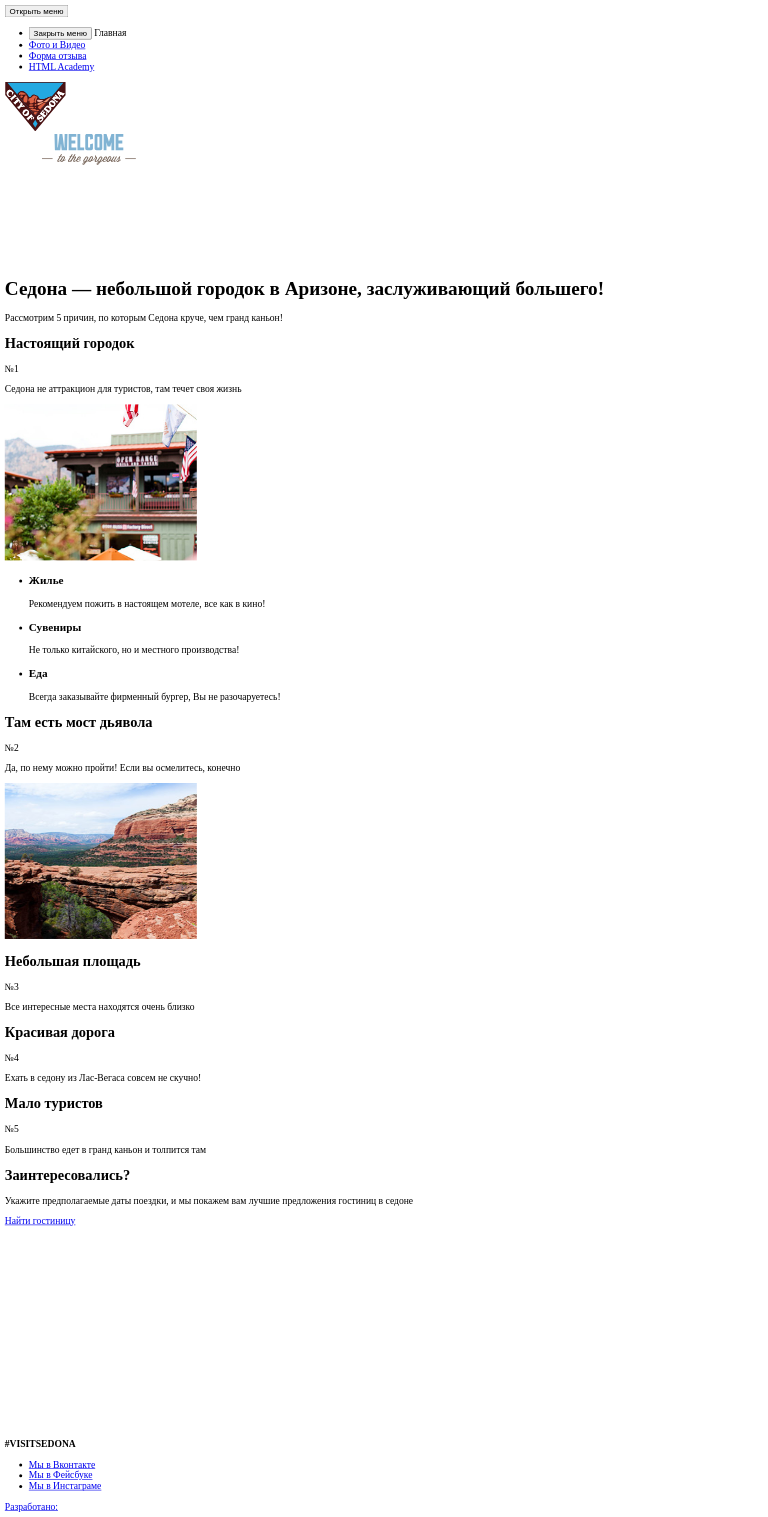
Repository: igorkrs/1076625-sedona-17
Page: source/index.html
An editor plug-in stored every save of this project. The page is shown before and after the next save, followed by the edit.
The browser window is 1280 px wide. The pictures show the whole page, at 60% of full size.
Pictures or frames that could not be fetched are drawn as grey boxes.

Above is the page before, as saved 2019-07-29 19:04:37.

### source/index.html
<!DOCTYPE html>
<html lang="ru">

<head>
  <meta charset="utf-8">
  <title>HTML Academy: Седона</title>
  <link rel="shortcut icon" href="img/favicon.png" type="image/x-icon">
</head>

<body>
  <header class="page-header">
    <nav class="main-nav">
      <button class="main-nav__toggle" type="button">Открыть меню</button>
      <div class="main-nav__wrapper">
        <ul class="main-nav__list site-list">
          <li class="site-list__item site-list__item--active">
            <button class="main-nav__close" type="button">Закрыть меню</button>
            <a>Главная</a>
          </li>
          <li class="site-list__item">
            <a href="photo.html">Фото и Видео</a>
          </li>
          <li class="site-list__item">
            <a href="form.html">Форма отзыва</a>
          </li>
          <li class="site-list__item">
            <a href="#">HTML Academy</a>
          </li>
        </ul>
        <a class="page-header__logo">
          <img src="img/logo-sedona-mobile.svg" width="102px" height="83px" alt="Седона"
            class="page-header__logo-image">
        </a>
    </nav>
  </header>
  <main class="page-main">
    <div class="main-photo">
      <img src="img/text-sedona-index.svg" width="281px" height="214px" alt="Welcome to sedona"
        class="main-photo__item">
    </div>
    <h1 class="page-title">Седона — небольшой городок в Аризоне, заслуживающий большего!</h1>
    <p class="page-intro">Рассмотрим 5 причин, по которым Седона круче, чем гранд каньон!</p>
    <section class="advantages">
      <div class="advantages__item">
        <h2 class="advantages__title">Настоящий городок</h2>
        <span class="advantages__number">№1</span>
        <p class="advantages__description">Седона не аттракцион для туристов, там течет своя жизнь</p>
        <img src="img/main-city-mobile@1x.jpg" width="320px" height="260px" alt="Фото города" class="advantages__photo">
      </div>
      <ul class="advantages__goods-list">
        <li class="advantages__goods-item">
          <h3 class="advantages__goods-title">Жилье</h3>
          <p class="advantages__goods-description">Рекомендуем пожить в настоящем мотеле, все как в кино!</p>
        </li>
        <li class="advantages__goods-item">
          <h3 class="advantages__goods-title">Сувениры</h3>
          <p class="advantages__goods-description">Не только китайского, но и местного производства!</p>
        </li>
        <li class="advantages__goods-item">
          <h3 class="advantages__goods-title">Еда</h3>
          <p class="advantages__goods-description">Всегда заказывайте фирменный бургер, Вы не разочаруетесь!</p>
        </li>
      </ul>
      <div class="advantages__item">
        <h2 class="advantages__title">Там есть мост дьявола</h2>
        <span class="advantages__number">№2</span>
        <p class="advantages__description">Да, по нему можно пройти! Если вы осмелитесь, конечно</p>
        <img src="img/photo-bridge-mobile@1x.jpg" width="320px" height="260px" alt="Фото города"
          class="advantages__photo">
      </div>
      <div class="advantages__item">
        <h2 class="advantages__title">Небольшая площадь</h2>
        <span class="advantages__number">№3</span>
        <p class="advantages__description">Все интересные места находятся очень близко</p>
      </div>
      <div class="advantages__item">
        <h2 class="advantages__title">Красивая дорога</h2>
        <span class="advantages__number">№4</span>
        <p class="advantages__description">Ехать в седону из Лас-Вегаса совсем не скучно!</p>
      </div>
      <div class="advantages__item">
        <h2 class="advantages__title">Мало туристов</h2>
        <span class="advantages__number">№5</span>
        <p class="advantages__description">Большинство едет в гранд каньон и толпится там</p>
      </div>
    </section>
    <div class="hotels">
      <h2 class="hotels__title">Заинтересовались?</h2>
      <p class="hotels__text">Укажите предполагаемые даты поездки, и мы покажем вам лучшие предложения гостиниц в седоне
      </p>
      <a href="#" class="hotels__button">Найти гостиницу</a>
    </div>
    <div class="map-containter">
      <iframe
        src="https://www.google.com/maps/embed?pb=!1m18!1m12!1m3!1d419153.91107115225!2d-111.97675671093218!3d34.84014462885027!2m3!1f0!2f0!3f0!3m2!1i1024!2i768!4f13.1!3m3!1m2!1s0x872da132f942b00d%3A0x5548c523fa6c8efd!2z0KHQtdC00L7QvdCwLCDQkNGA0LjQt9C-0L3QsCA4NjMzNiwg0KHQqNCQ!5e0!3m2!1sru!2sru!4v1564415831662!5m2!1sru!2sru"
        width="320" height="350" frameborder="0" style="border:0" allowfullscreen></iframe>
    </div>
  </main>
  <footer class="page-footer">
    <div class="page-footer__wrapper">
      <b class="page-footer__title">#VISITSEDONA</b>
      <div class="page-footer__social social">
        <ul class="social__list">
          <li class="social__item">
            <a class="social__link social__link--vkontakte" href="https://vk.com/htmlacademy">Мы в Вконтакте</a>
          </li>
          <li class="social__item">
            <a class="social__link social__link--facebook" href="https://www.facebook.com/htmlacademy">Мы в Фейсбуке</a>
          </li>
          <li class="social__item">
            <a class="social__link social__link--instagram" href="https://www.instagram.com/htmlacademy">Мы в
              Инстаграме</a>
          </li>
        </ul>
      </div>
      <div class="page-footer__copyright copyright">
        <a class="button copyright__link" href="https://htmlacademy.ru/intensive/adaptive">Разработано:</a>
      </div>
    </div>
  </footer>
</body>

</html>

After the next save:
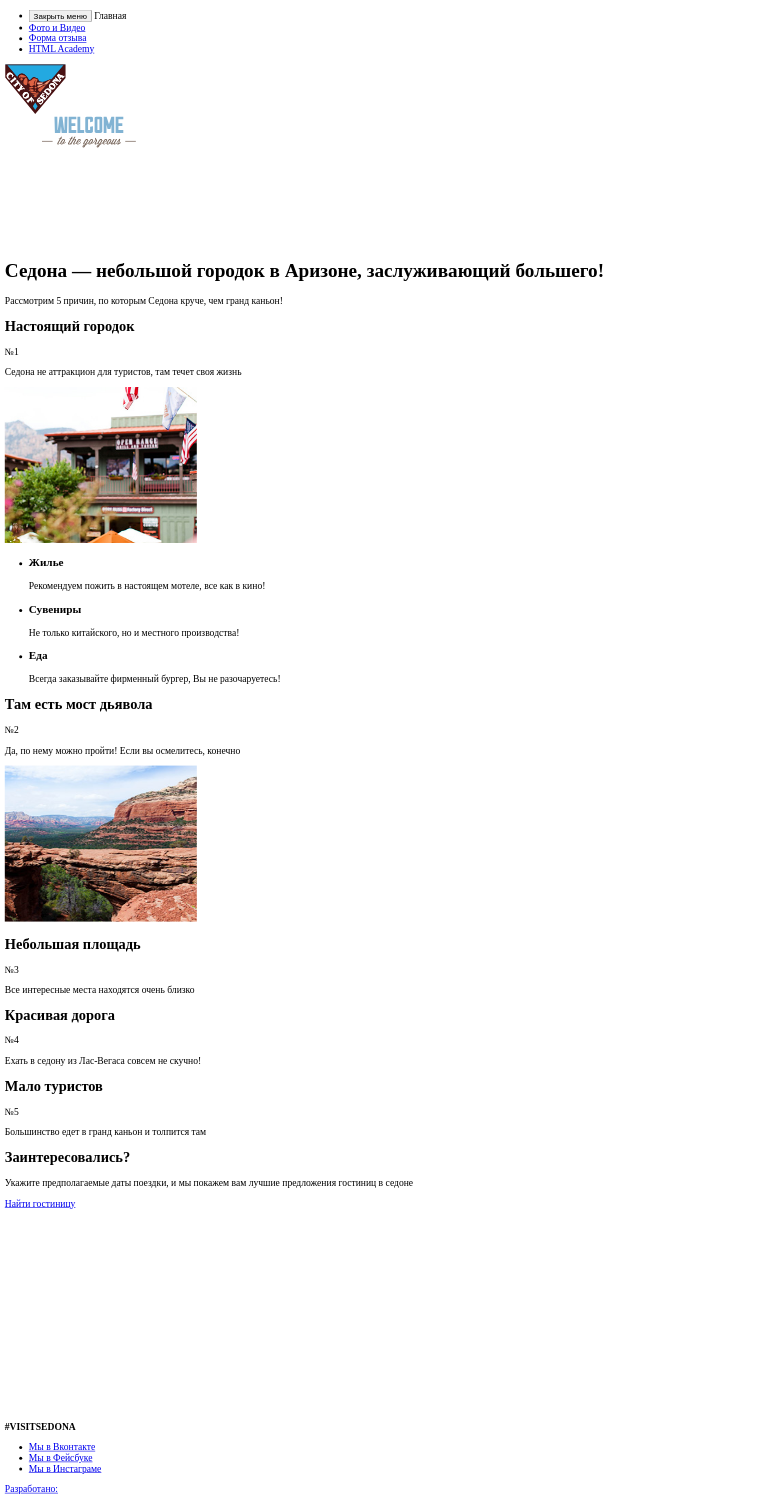
Saved 78 s later.
--- a/source/index.html
+++ b/source/index.html
@@ -10,7 +10,6 @@
 <body>
   <header class="page-header">
     <nav class="main-nav">
-      <button class="main-nav__toggle" type="button">Открыть меню</button>
       <div class="main-nav__wrapper">
         <ul class="main-nav__list site-list">
           <li class="site-list__item site-list__item--active">
